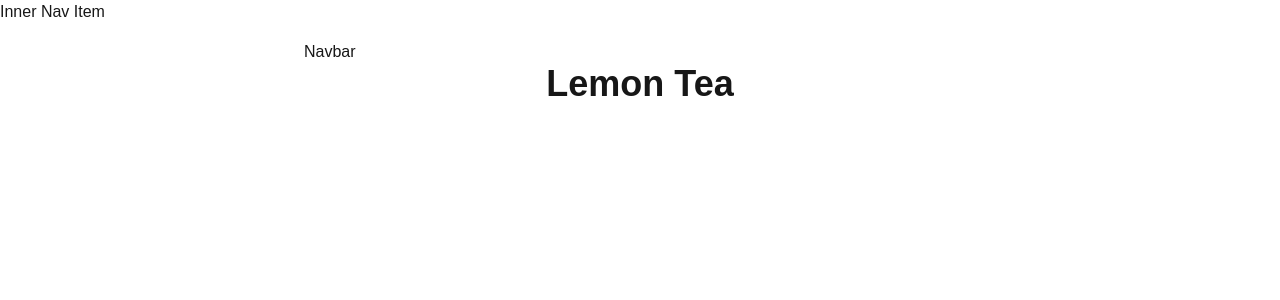
Repository: Strong02coder/Art_of_Music-Next.Js-
Page: /Chai/Lemon
The author's editor kept a copy of each file at every save. The page is drawn from the files as they stood at one save, then again after the next save.
The browser window is 1280 px wide. The pictures show the whole page.
The project was rebuilt for these pictures with package versions that can differ from the ones it lists, and the page was loaded fresh each time. The framework's server and built-in components were replaced by stand-ins that run in the browser. Also part of the build but not shown: next.config.ts.

Above is the page before, as saved 2025-01-28 23:08:49.

### src/app/layout.tsx
import type { Metadata } from "next";
import { Geist, Geist_Mono } from "next/font/google";
import "./globals.css";
import Navbar from "@/components/Navbar";

const geistSans = Geist({
  variable: "--font-geist-sans",
  subsets: ["latin"],
});

const geistMono = Geist_Mono({
  variable: "--font-geist-mono",
  subsets: ["latin"],
});

export const metadata: Metadata = {
  title: "Create Next App",
  description: "Generated by create next app",
};

export default function RootLayout({
  children,
}: Readonly<{
  children: React.ReactNode;
}>) {
  return (
    <html lang="en">
      <body className={`${geistSans.variable} ${geistMono.variable} antialiased`}>
				<Navbar />
        {children}
      </body>
    </html>
  );
}

### src/app/Chai/layout.tsx
export default function RootLayout({
  children,
}: Readonly<{
  children: React.ReactNode;
}>) {
  return (
	  <>
	    <h1 className="text-1.4xl">Inner Nav Item</h1>
	  	{children}
	  </>
  );
}

### src/app/Chai/Lemon/page.tsx
export default function Chai() {
	return (
		<h1 className="text-4xl font-bold text-center mt-10 justify-center">
			Lemon Tea
		</h1>
	);
}

### src/components/Navbar.tsx
"use client";

import React, { useState } from "react";
import { HoveredLink, Menu, MenuItem, ProductItem } from "./ui/navbar-menu";
import { cn } from "@/utils/cn";
import Link from "next/link";

const Navbar = ({ className }: { className?: string }) => {
	const [active, setActive] = useState<string | null>(null);
	return (
		<div className={cn("fixed top-10 inset-x-0 max-w-2xl mx-auto z-50", className)}>
			Navbar
		</div>
	)
}

export default Navbar

Loaded but not shown: src/app/globals.css (common file); src/utils/cn.ts (common file); tailwind.config.ts (common file)

After the next save:
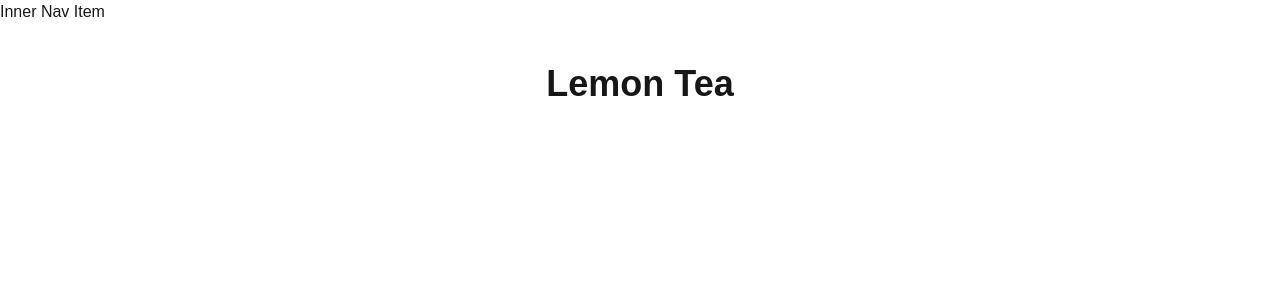
Saved 7 min 38 s later.
--- a/src/components/Navbar.tsx
+++ b/src/components/Navbar.tsx
@@ -9,7 +9,7 @@
 	const [active, setActive] = useState<string | null>(null);
 	return (
 		<div className={cn("fixed top-10 inset-x-0 max-w-2xl mx-auto z-50", className)}>
-			Navbar
+
 		</div>
 	)
 }
